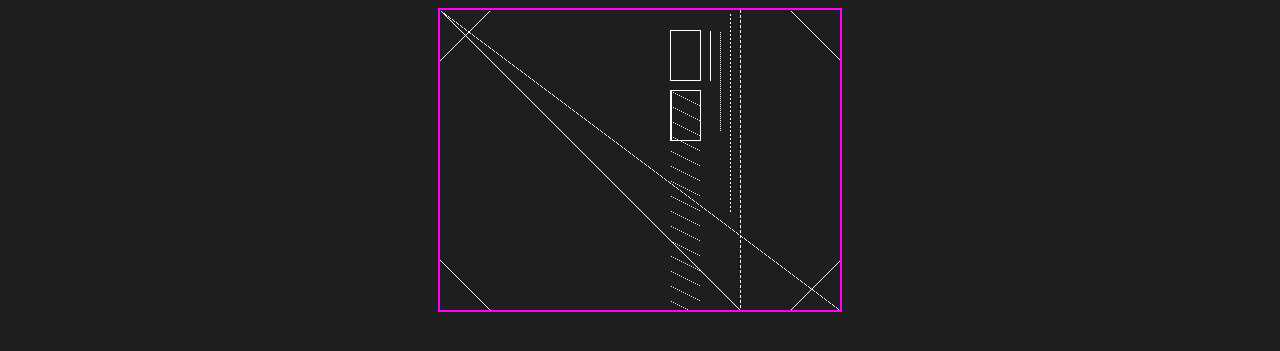
Repository: StarLightGX/miao
Page: paint.html
An editor plug-in stored every save of this project. The page is shown before and after the next save, followed by the edit.
The browser window is 1280 px wide. The pictures show the whole page.

Above is the page before, as saved 2020-11-12 20:44:09.

After the next save:
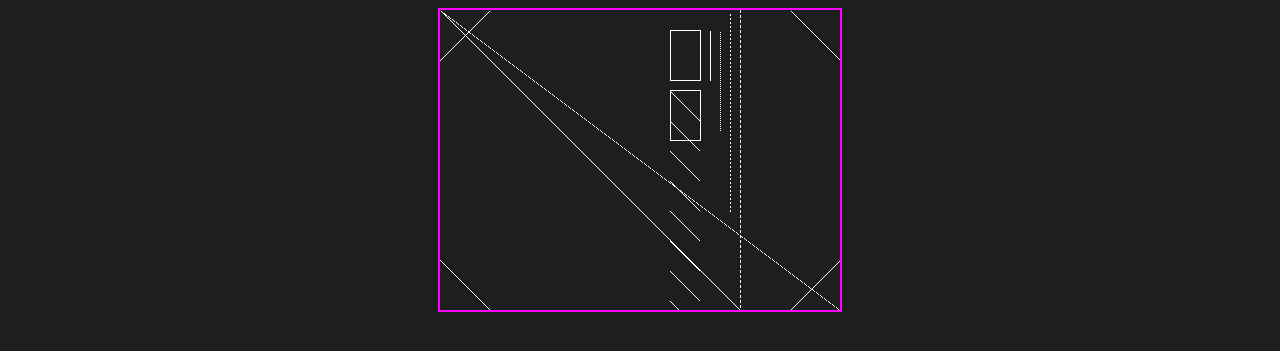
Saved 26 s later.
--- a/paint.html
+++ b/paint.html
@@ -211,15 +211,9 @@
     y = 80;
     x = 230;
     for (i = 0; i < 50; i++) {
-      y = y + 1;
-      x = 231;
-      dot(x, y);
-    }
-    y = 80;
-    for (i = 0; i < 50; i++) {
       for (x = 230; x < 260; x++) {
         y = y + 1;
-        x = x + 1;
+        x = x;
         dot(x, y);
       }
     }
